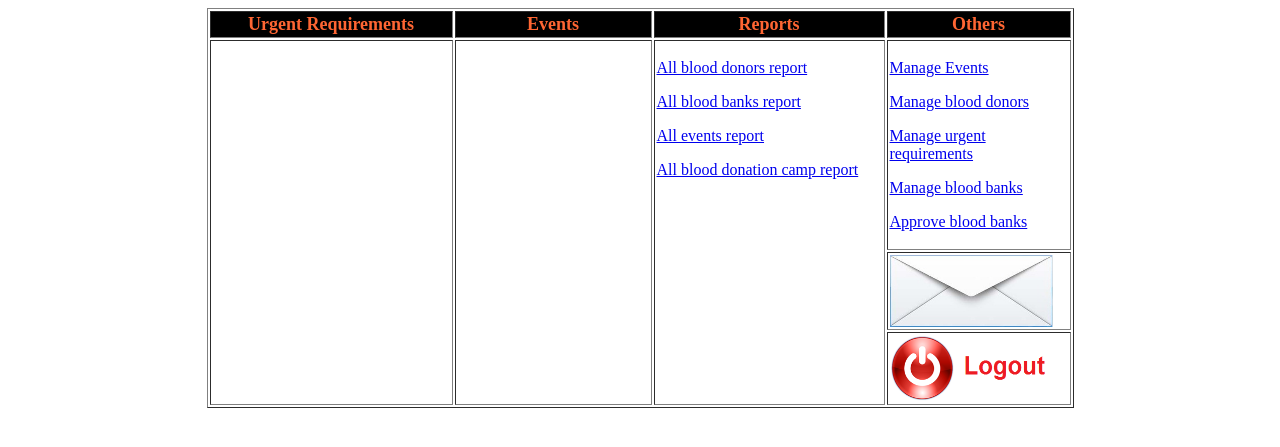
Repository: bingoarun/innovo
Page: http://localhost/blooddon/admin/admin_home.jsp
The author's editor kept a copy of each file at every save. The page is drawn from the files as they stood at one save, then again after the next save.
The browser window is 1280 px wide. The pictures show the whole page.
The page is served by Tomcat 9. Queries for data that is not in the repository find no rows.

Above is the page before, as saved 2012-03-20 14:12:50.

After the next save:
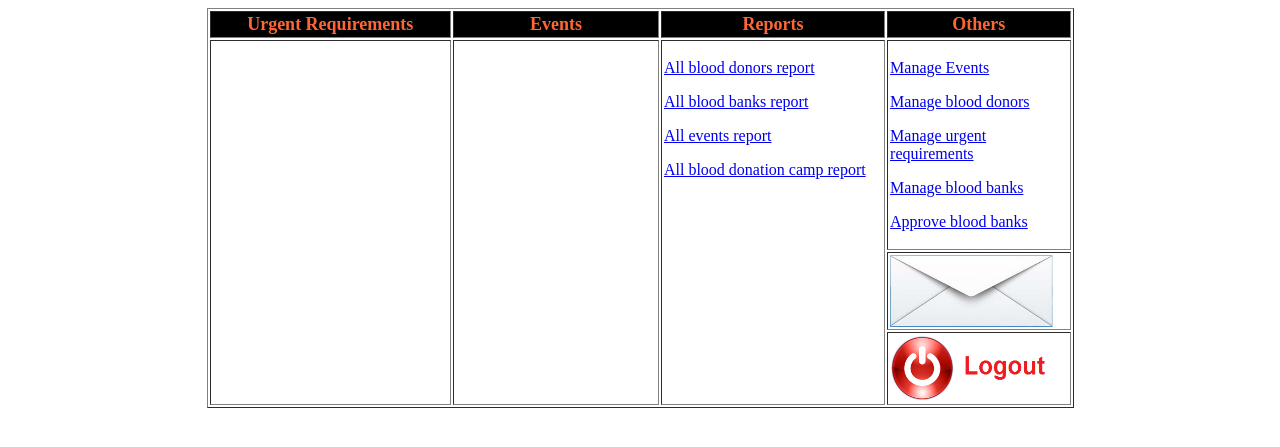
Saved 85 s later.
--- a/Project/blooddon/blooddon/WebContent/admin/admin_home.jsp
+++ b/Project/blooddon/blooddon/WebContent/admin/admin_home.jsp
@@ -188,7 +188,25 @@ else
     			</marquee>
 
     </td>
-    <td rowspan="3">&nbsp;</td>
+    <td rowspan="3">
+     <marquee direction="up"> <table width="200"  border="0 cellpadding="2" cellspacing="2">
+          <%while(rs.next())
+          {
+        		pgmname=rs.getString("pgm_name");
+        		description=rs.getString("description");
+        		str_date=rs.getString("str_date");
+        		single_event=pgmname+"-"+description+"-"+str_date; %>
+        		<tr>
+    			<td><%= single_event %></td>
+    			</tr>
+   			  <%
+
+          }
+    			%>
+    			</table>
+    			</marquee>
+
+    </td>
     <td rowspan="3" valign="top"><p><a href="all_blooddonor.jsp">All blood donors report</a></p>
     <p><a href="all_bloodbank.jsp">All blood banks report</a></p>
     <p><a href="all_events.jsp">All events report</a></p>
